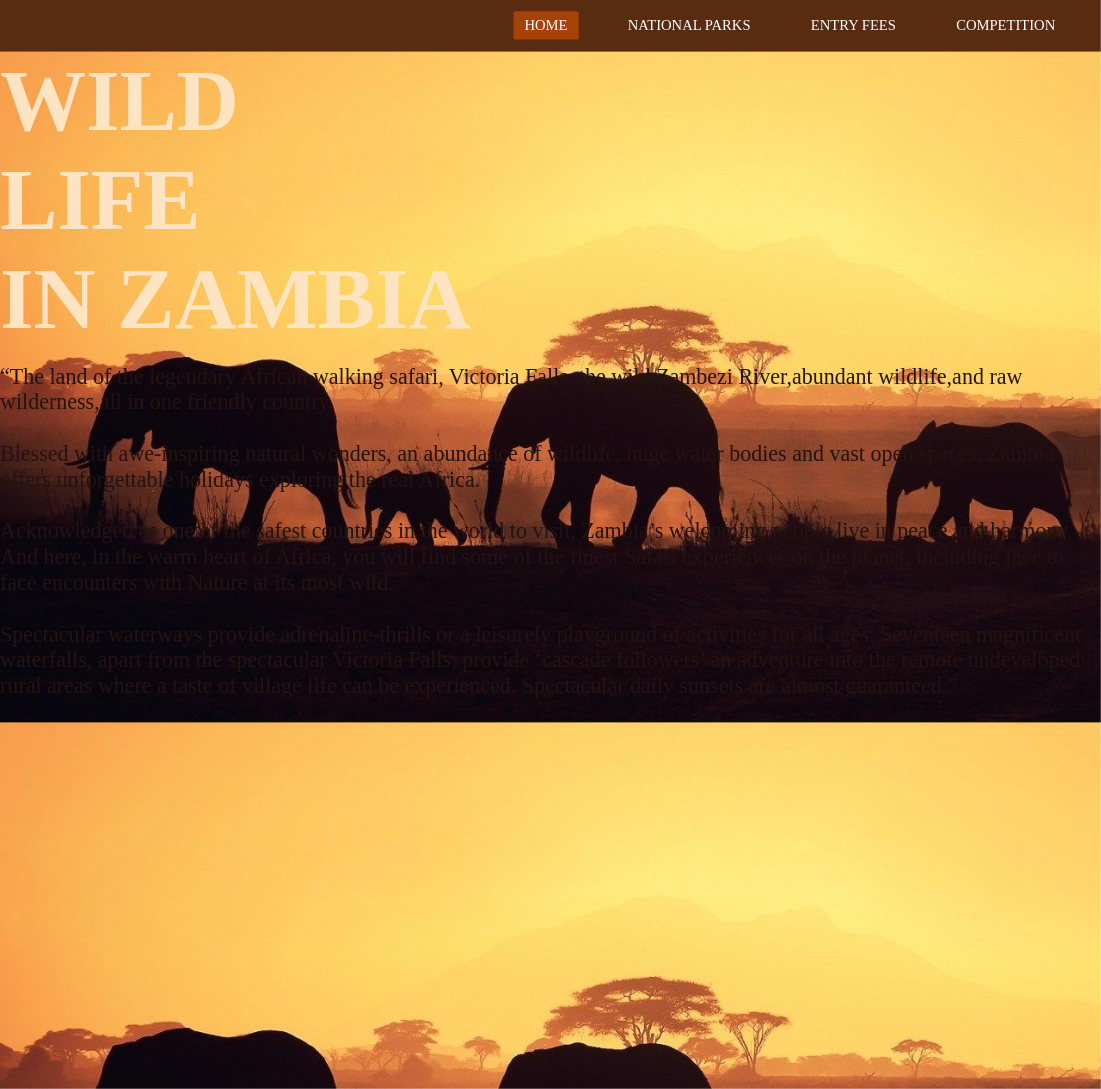
Repository: Lungdjos/web_assignment_3rd_yr
Page: home/index.html
An editor plug-in stored every save of this project. The page is shown before and after the next save, followed by the edit.
The browser window is 1280 px wide. The pictures show the whole page, at 86% of full size.
Some web libraries are served in a nearby version.

Above is the page before, as saved 2021-06-18 15:21:04.

### home/index.html
<!DOCTYPE html>
<html lang="en">

<head>
    <meta charset="UTF-8">
    <meta http-equiv="X-UA-Compatible" content="IE=edge">
    <meta name="viewport" content="width=device-width, initial-scale=1.0">
    <link rel="stylesheet" href="index.css">


    <title>Home</title>
    <script src="https://kit.fontawesome.com/a076d05399.js"></script>
</head>

<body>
    <nav>
        <input type="checkbox" id="check">
        <label for="check" class="checkbtn">
            <i class="fas fa-bars"></i>
        </label>
        <label class="logo">  </label>

        <ul>
            <li><a class="active" href="#">Home</a></li>
            <li><a class="dropdown" href="#">National Parks</a>
                <ul class="drop">
                    <li>
                        <a href="/national parks/lower_zambezi/Lower_Zambezi.html">Lower Zambezi</a>
                    </li>
                    <li>
                        <a href="/national parks/mosi-oa-tunia/Mosi-oa-Tunya.html">Mosi oa Tunia</a>
                    </li>
                    <li>
                        <a href="/national parks/south_luangwa/South_Luangwa.html">South Luangwa</a>
                    </li>
                    <li>
                        <a href="/national parks/north_luangwa/North_Luangwa.html">North Luangwa</a>
                    </li>
                </ul>
            </li>
            <li><a href="/entry fee/entry_fee.html">Entry Fees</a></li>
            <li><a href="/competition/competition.html">Competition</a></li>

        </ul>
    </nav>
    <div>
        <section>
            <div>
                <p class="welcome">
                    <strong id="01">WILD</strong><br>
                    <strong id="02">LIFE</strong><br>
                    <strong id="03">IN ZAMBIA</strong>
                </p>
            </div>
            <br>
            <div>
                <p class="para2">
                    <q>The land of the legendary African walking safari, Victoria Falls, the wild Zambezi River,abundant wildlife,and raw wilderness,all in one friendly country. <br><br>Blessed with awe-inspiring natural wonders, an abundance of wildlife,
                    huge water bodies and vast open spaces, Zambia offers unforgettable holidays exploring the real Africa. <br><br>Acknowledged as one of the safest countries in the world to visit, Zambia’s welcoming people live in peace and harmony. And here,
                    in the warm heart of Africa, you will find some of the finest Safari experiences on the planet, including face to face encounters with Nature at its most wild.<br> <br>Spectacular waterways provide adrenaline-thrills or a leisurely playground
                    of activities for all ages. Seventeen magnificent waterfalls, apart from the spectacular Victoria Falls, provide ‘cascade followers’ an adventure into the remote undeveloped rural areas where a taste of village life can be experienced.
                    Spectacular daily sunsets are almost guaranteed.</q></p>
            </div>

        </section>
    </div>


</body>

</html>

### home/index.css
    * {
        padding: 0;
        margin: 0;
        text-decoration: none;
        box-sizing: border-box;
    }

    body {
        font-family: montserrat;
    }

    nav {
        background: #592C12;
        height: 60px;
        width: 100%;
    }

    label.logo {
        color: white;
        font-size: 35;
        line-height: 60px;
        padding: 0 100px;
        font-weight: bold;
    }

    nav ul {
        float: right;
        margin-right: 20px;
    }

    nav ul li {
        display: inline-block;
        line-height: 60px;
        margin: 0 20px;
    }

    nav ul li a {
        color: white;
        font-size: 17px;
        padding: 7px 13px;
        border-radius: 3px;
        text-transform: uppercase;
    }

    a.active,
    a:hover {
        background: #A64208;
        transition: 0.5s;
    }

    .checkbtn {
        font-size: 30px;
        color: white;
        float: right;
        line-height: 60px;
        margin-right: 40px;
        cursor: pointer;
        display: none;
    }

    #check {
        display: none;
    }

    @media (max-width: 1080px) {
        label.logo {
            font-size: 30px;
            padding-left: 50px;
        }
        nav ul li a {
            font-size: 16px;
        }
    }

    @media (max-width: 1080px) {
        .checkbtn {
            display: block;
        }
        ul {
            position: fixed;
            width: 100%;
            height: 100vh;
            background: #592C12;
            top: 80px;
            left: -100%;
            text-align: center;
            transition: all 0.5s;
        }
        nav ul li {
            display: block;
            margin: 50px 0;
            line-height: 20px;
        }
        nav ul li a {
            font-size: 20px;
            font-family: Arial, Helvetica, sans-serif;
        }
        a:hover,
        a.active {
            background: none;
            color: #F2D1B3;
        }
        #check:checked~ul {
            left: 0;
        }
    }

    section {
        background: url(/assets/images/elephants.jpg);
        background-size: no repeat;
        height: calc(180vh - 90px);
    }
    /**New Content Added*/

    nav ul li ul a {
        display: block;
        padding: 0 15px;
        color: white;
        text-decoration: none;
    }

    nav ul li:hover>ul {
        display: block;
    }

    nav ul ul {
        position: absolute;
        top: 30px;
        list-style-type: none;
        line-height: 60px;
    }

    nav ul ul li {
        display: none;
    }

    nav ul ul a {
        width: 100%;
        float: none;
        display: list-item;
        position: relative;
    }

    nav ul ul li a {
        display: list-item;
        list-style-type: none;
        position: inherit;
    }
    /**Wild Life Formatting*/

    strong#01 {
        font-size: 100px;
        font-family: Arial, Helvetica, sans-serif;
    }

    strong#02 {
        margin-left: 100px;
    }

    .welcome {
        color: bisque;
        font-size: 100px;
    }

    .para2 {
        font-variant-position: initial;
        font-size: 1.6em;
        color: rgb(37, 19, 19);
        display: relative;
        float: initial;
    }

After the next save:
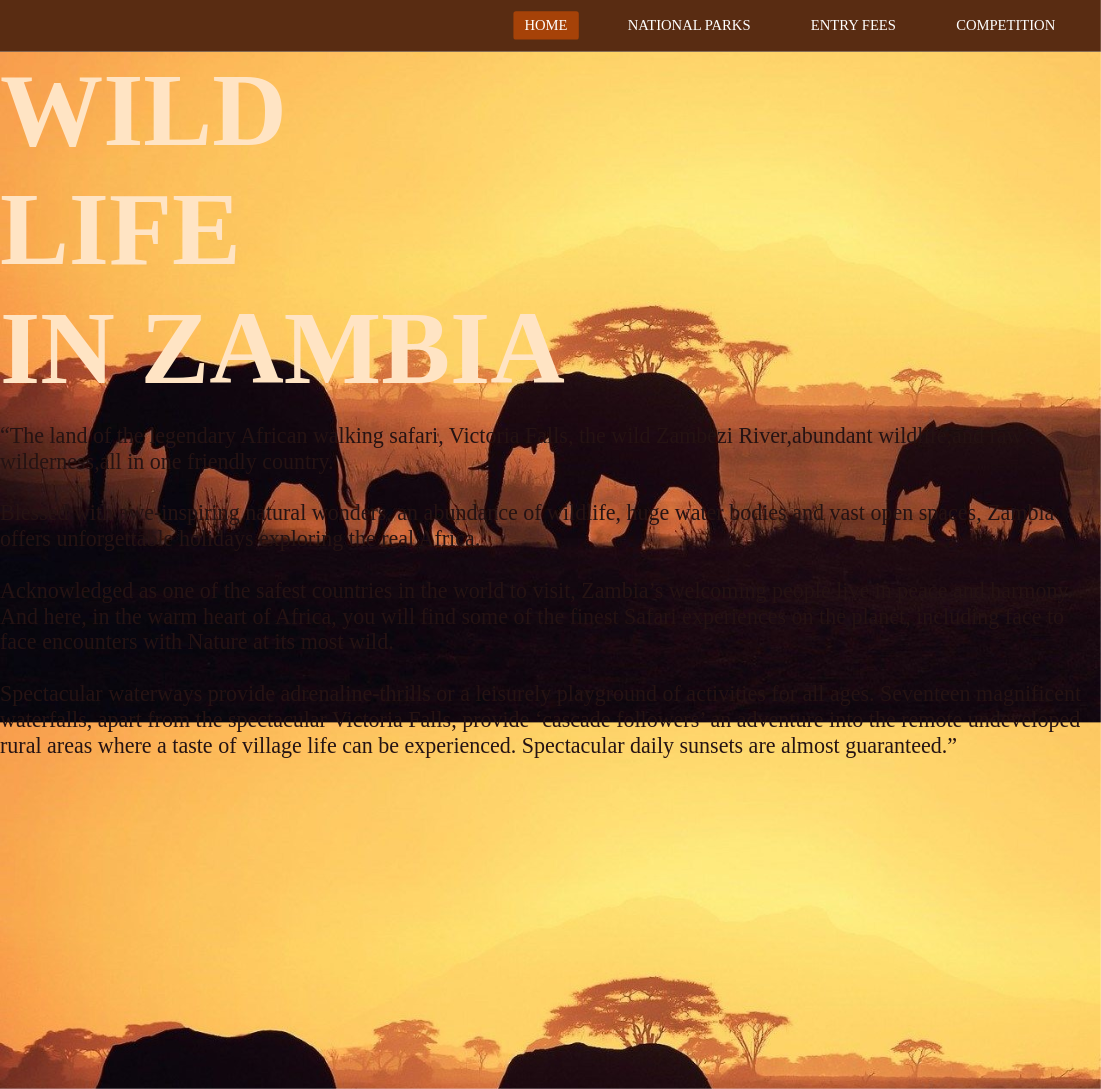
Saved 14 s later.
--- a/home/index.css
+++ b/home/index.css
@@ -159,7 +159,7 @@
 
     .welcome {
         color: bisque;
-        font-size: 100px;
+        font-size: 120px;
     }
 
     .para2 {
